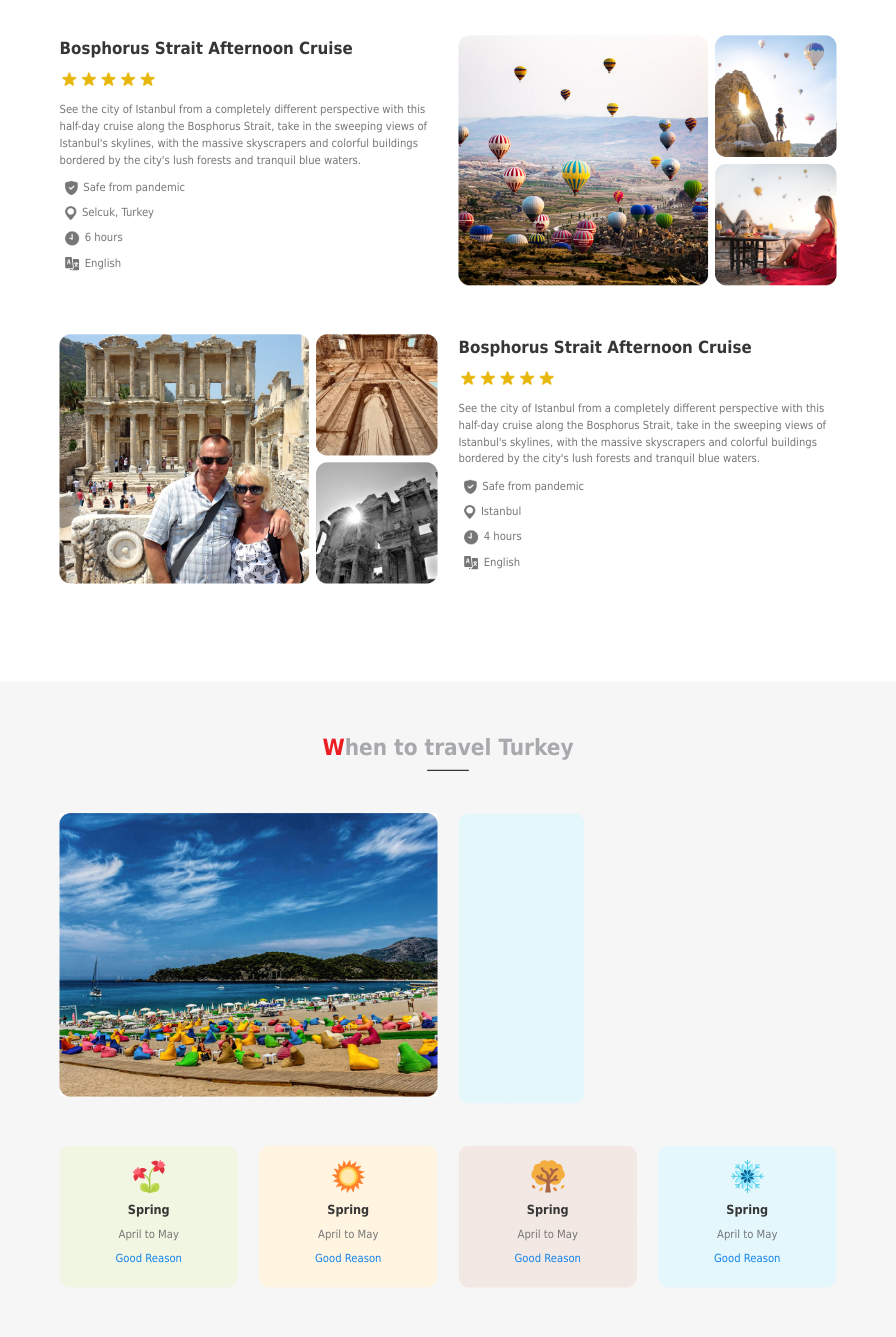
Repository: cvminhquan/turkey
Page: index.html
An editor plug-in stored every save of this project. The page is shown before and after the next save, followed by the edit.
The browser window is 1280 px wide. The pictures show the part of the page from y = 1891 to 3811 px (the page is 3801 px tall before and 3811 px after), at 70% of full size.
The style sheet was rebuilt from its Sass, Less or Tailwind sources for each picture, by a compiler version that may differ from the author's.

Above is the page before, as saved 2022-09-15 20:18:24.

After the next save:
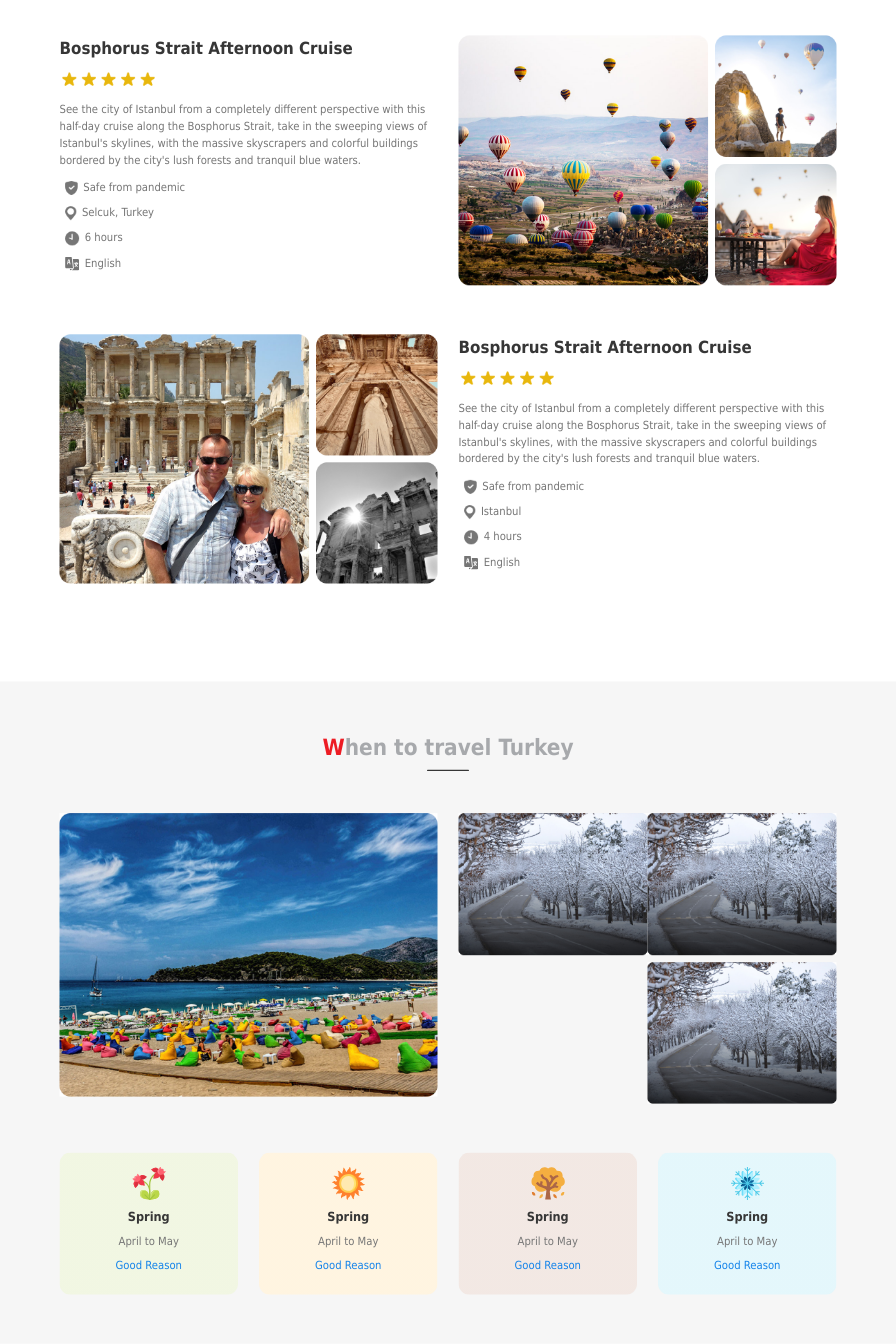
Saved 4 min 31 s later.
--- a/index.html
+++ b/index.html
@@ -153,16 +153,13 @@
                     <div class="col-lg-6">
                         <p class="bdr"><img src="./images/sea.jpg" alt=""></p>
                     </div>
-                    <div class="col-lg-6">
-                        <!-- <p class="bdr"><img src="./images/road.jpg" alt=""></p> -->
-                        <div class="col-4 bg-winter" style="height: 100%;"></div>
-                        <div class="col-2">
-                            <div class="row bg-summer" style="height: 50%;">
-
-                            </div>
-                            <div class="row bg-fall" style="height: 50%;">
-
-                            </div>
+                    <div class="col-lg-6 d-flex">
+                        <div>
+                            <p class="bdr"><img src="./images/road.jpg" alt=""></p>
+                        </div>
+                        <div>
+                            <p class="bdr"><img src="./images/road.jpg" alt=""></p>
+                            <p class="bdr"><img src="./images/road.jpg" alt=""></p>
                         </div>
                     </div>
                 </div>
